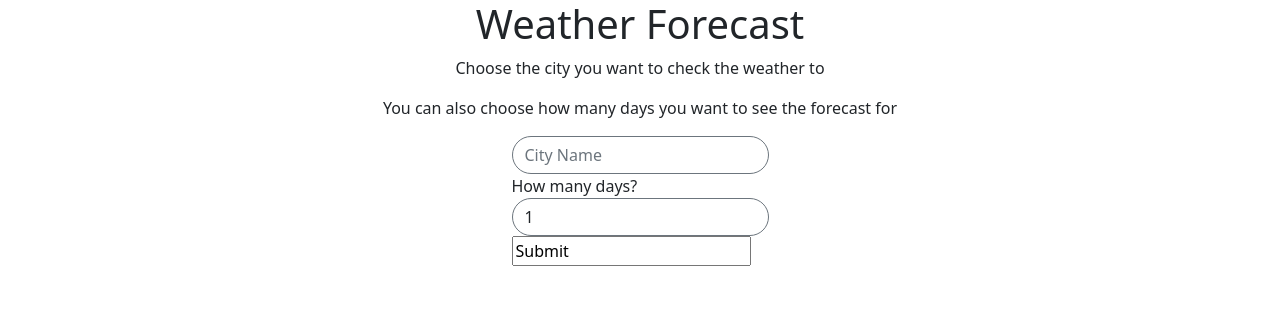
Repository: DimitrisDoxopoulos/my-own-weather-app
Page: /
These files come from the project's save history. The page is drawn as it stood at one moment and after the next save; the edit follows.
The browser window is 1280 px wide. The pictures show the whole page.
The project was rebuilt for these pictures with package versions that can differ from the ones it lists, and the page was loaded fresh each time.

Above is the page before, as saved 2021-06-03 18:34:20.

After the next save:
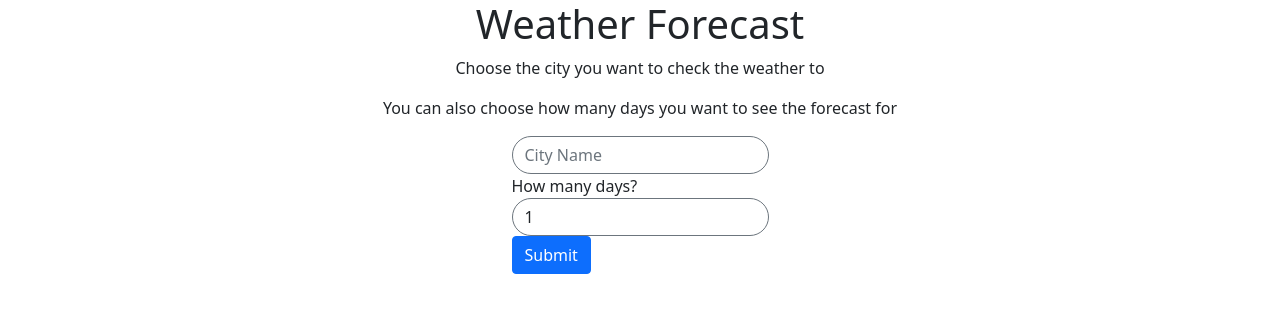
Saved 33 s later.
--- a/src/components/Form.js
+++ b/src/components/Form.js
@@ -17,7 +17,7 @@ const Form = () => {
                         <option>5</option>
                     </select>
                 </div>
-                <input type="submit text-secondary" value="Submit" />
+                <input className="btn btn-primary" type="submit" value="Submit" />
             </form>
         </div>
     )
